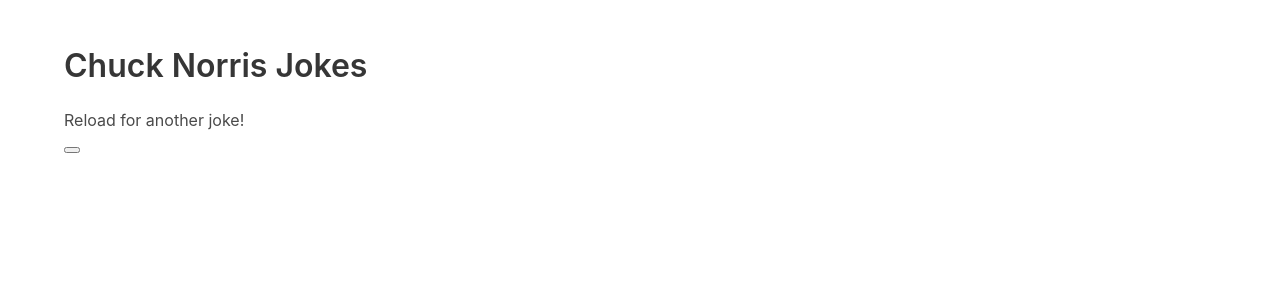
Repository: JonesCharly/AjaxRequest
Page: index.html
The author's editor kept a copy of each file at every save. The page is drawn from the files as they stood at one save, then again after the next save.
The browser window is 1280 px wide. The pictures show the whole page.
Some web libraries are served in a nearby version.

Above is the page before, as saved 2020-01-21 16:43:53.
Console error: ReferenceError: axios is not defined

### index.html
<!DOCTYPE html>
<html lang="fr">
  <head>
    <meta charset="UTF-8" />
    <meta
      name="viewport"
      content="width=device-width, initial-scale=1, shrink-to-fit=no"
    />

    <title>Ajax quest challenge</title>
    <link rel="icon" type="image/png" href="favicon.png" />
    <link
      rel="stylesheet"
      href="https://cdnjs.cloudflare.com/ajax/libs/normalize/8.0.1/normalize.min.css"
    />
    <link
      rel="stylesheet"
      href="https://unpkg.com/bulma@0.7.5/css/bulma.min.css"
    />
    <link
      rel="stylesheet"
      href="https://use.fontawesome.com/releases/v5.5.0/css/all.css"
      integrity="sha384-B4dIYHKNBt8Bc12p+WXckhzcICo0wtJAoU8YZTY5qE0Id1GSseTk6S+L3BlXeVIU"
      crossorigin="anonymous"
    />
    <style></style>
  </head>

  <body>
    <section class="section">
      <div class="container">
        <h1 class="title">Chuck Norris Jokes</h1>
        <p>Reload for another joke!</p>
        <button onclick="fetchChuckJSON()"></button>
        <div class="content" id="chuck-norris"></div>
      </div>
    </section>

    <!-- We need to load axios first! -->
    <script>
      function fetchChuckJSON() {
        // Feel free to download this HTML and edit it, to use another Pokemon ID
        const url = `https://api.chucknorris.io/jokes/random`;
        axios
          .get(url)
          .then(function(response) {
            return response.data; // SUBTLE difference with Fetch: response.data instead of response.json()
          })
          .then(function(quote) {
            console.log("data decoded from JSON:", quote);

            // Build a block of HTML
            const quoteHtml = `
        <p><strong>${quote.value}</strong></p>
        <img src="${quote.icon_url}" />
      `;
            document.querySelector("#quote").innerHTML = quoteHtml;
          });
      }

      fetchChuckJSON();
    </script>
    <script
      src="https://cdnjs.cloudflare.com/ajax/libs/axios/0.19.0/axios.min.js"
      integrity="sha256-S1J4GVHHDMiirir9qsXWc8ZWw74PHHafpsHp5PXtjTs="
      crossorigin="anonymous"
    ></script>
    <script></script>
  </body>
</html>

After the next save:
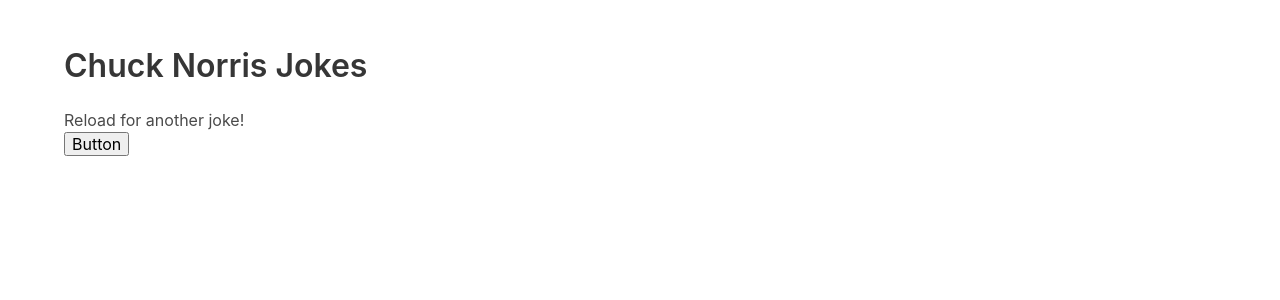
Saved 56 s later.
--- a/index.html
+++ b/index.html
@@ -31,7 +31,7 @@
       <div class="container">
         <h1 class="title">Chuck Norris Jokes</h1>
         <p>Reload for another joke!</p>
-        <button onclick="fetchChuckJSON()"></button>
+        <button onclick="fetchChuckJSON()">Button</button>
         <div class="content" id="chuck-norris"></div>
       </div>
     </section>
